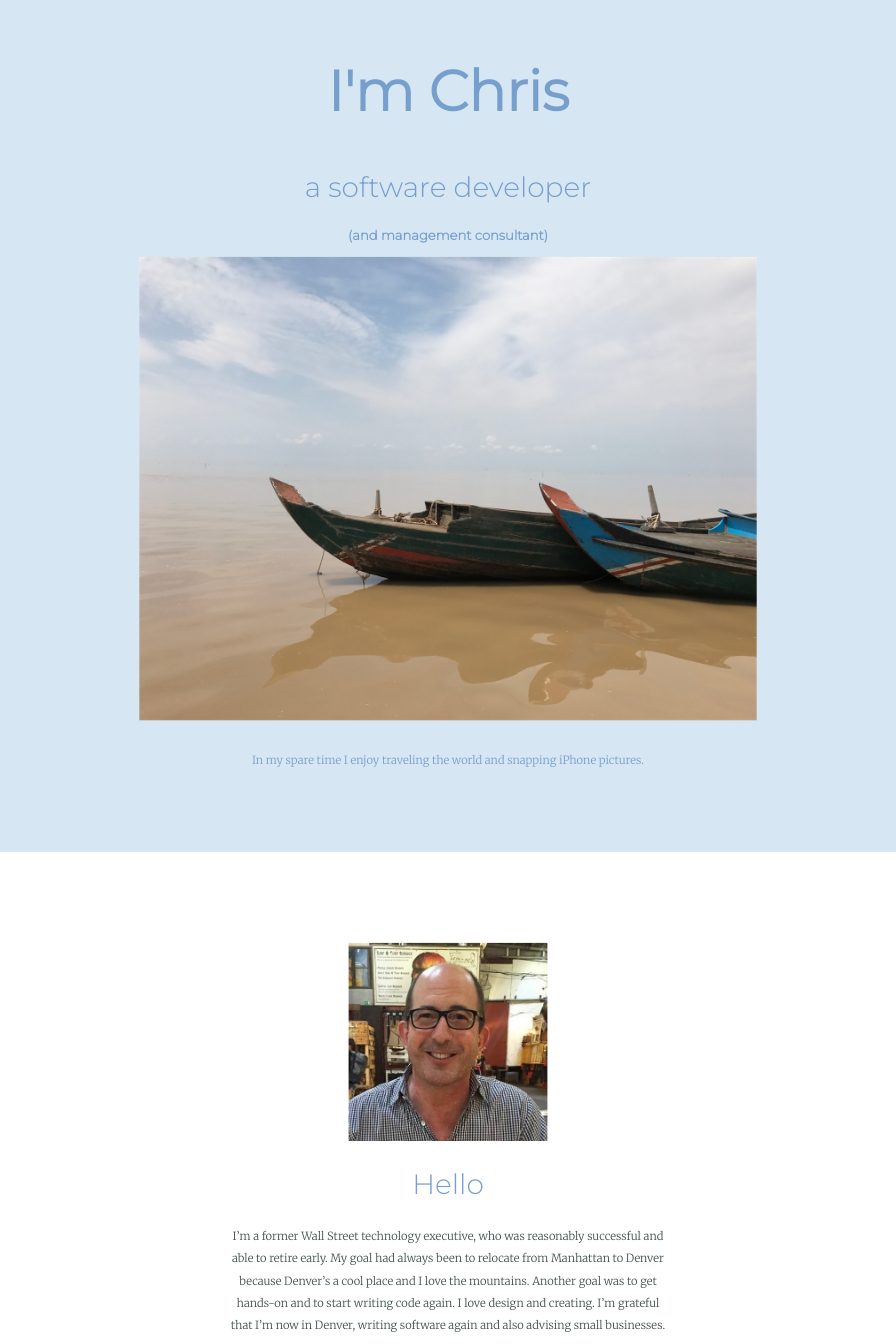
Repository: EpiTao-LLC/Personal_web_page
Page: index.html
An editor plug-in stored every save of this project. The page is shown before and after the next save, followed by the edit.
The browser window is 1280 px wide. The pictures show the part of the page from y = 0 to 1920 px (the page is 4055 px tall before and 4075 px after), at 70% of full size.

Above is the page before, as saved 2021-08-13 16:36:08.

### index.html
<!DOCTYPE html>
<html lang="en">
<head>
   <!-- Global site tag (gtag.js) - Google Analytics -->
      <!-- <script async src="https://www.googletagmanager.com/gtag/js?id=UA-167786271-2"></script>
      <script>
        window.dataLayer = window.dataLayer || [];
        function gtag(){dataLayer.push(arguments);}
        gtag('js', new Date());
        gtag('config', 'UA-167786271-2');
      </script> -->
    <!-- Google Tag Manager -->
        <!-- <script>(function(w,d,s,l,i){w[l]=w[l]||[];w[l].push({'gtm.start':
        new Date().getTime(),event:'gtm.js'});var f=d.getElementsByTagName(s)[0],
        j=d.createElement(s),dl=l!='dataLayer'?'&l='+l:'';j.async=true;j.src=
        'https://www.googletagmanager.com/gtm.js?id='+i+dl;f.parentNode.insertBefore(j,f);
        })(window,document,'script','dataLayer','GTM-PZ9SPFX');</script> -->
  <!-- End Google Tag Manager -->
    <meta charset="UTF-8">
    <meta name="viewport" content="width=device-width, initial-scale=1.0">
    <title>Chris - Software Developer and Development Management Consultant</title>
    <meta name="description" content="Website design and software development in React, Javascript, Python, Node JS, Express, EJS, MongoDB, SQL Server.  AWS and other cloud based solutions.  Contact information.">
    <meta name="keywords" content="Website design, coding, software development, software engineering, React, Javascript, Node, Express, HTML, CSS, EJS, Python, MongoDB, SQL Server, C programming, cloud, data analysis">


    <link rel="stylesheet" href="css/styles.css">
    <link href="https://fonts.googleapis.com/css2?family=Merriweather:wght@300&family=Montserrat:wght@300&family=Sacramento&display=swap" rel="stylesheet">
    <link rel="apple-touch-icon" sizes="180x180" href="favicon_package_v0.16/apple-touch-icon.png">
    <link rel="icon" type="image/png" sizes="32x32" href="favicon_package_v0.16/favicon-32x32.png">
    <link rel="icon" type="image/png" sizes="16x16" href="favicon_package_v0.16/favicon-16x16.png">
    <link rel="manifest" href="favicon_package_v0.16/site.webmanifest">
    <link rel="mask-icon" href="favicon_package_v0.16/safari-pinned-tab.svg" color="#5bbad5">
    <meta name="msapplication-TileColor" content="#da532c">
    <meta name="theme-color" content="#ffffff">
</head>
<body>
    <!-- Google Tag Manager (noscript) -->
      <noscript><iframe src="https://www.googletagmanager.com/ns.html?id=GTM-PZ9SPFX"
      height="0" width="0" style="display:none;visibility:hidden"></iframe></noscript>
    <!-- End Google Tag Manager (noscript) -->

    <div class = "top-container">
        <h1>I'm Chris</h1>
        <h2>a software developer</h2>
        <h3>(and management consultant)</h3>
        <img class="cover-img" src="images/Boats in Cambodia.jpeg" alt="Boats in Cambodia image">
        <p>In my spare time I enjoy traveling the world and snapping iPhone pictures.</p>
      </div>
    <div class="middle-container">
        <div class="profile">
          <br>
          <img class="my-img" src="images/Holiday_Denmark.jpeg"  alt="Chris Pic">
          <h2>Hello</h2>
          <p>
            I’m a former Wall Street technology executive, who was reasonably successful and able to retire early.  My
            goal had always been to relocate from Manhattan to Denver because Denver’s a cool place and I love the mountains.
            Another goal was to get hands-on and to start writing code again. I love design and creating.   I’m grateful
            that I’m now in Denver, writing software again and also advising small businesses.
            </p>
        </div>
        <hr>
        <div class="skills">
          <h2>My Skills</h2>
          <div class="skill-row">
            <img class="skills-img-1" src="images/Ecuador.JPEG" alt="Equador picture">
            <div >
            <h3 class="for-mobile">Design and Development</h3>
            <p> I started as a C developer in the database industry and understand what good design and code is all about.  On Wall Street I led development
              of mission critical financial systems for Goldman Sachs and other banks.  I’m now doing websites and other work with React, Javascript, Node,
              Mongoose, and MySQL.  Full stack. I’ve also done a lot with Python.  Back in the day, I was a top relational
              database designer and an SQL wizard.
            </p>
             </div>
          </div>
          <div class="skill-row">
            <img class="skills-img-2" src="images/Small_business_Columbia.JPEG" alt="Small business in Columbia picture">
            <h3 class="for-mobile">Small Business Advisor</h3>
            <p>As a way to give back, I volunteer my time to an organization funded by the Small Business Association.  Through it I assist
              small business owners and entrepreneurs to prepare business, marketing and finacial plans.  I provide technology recommendations,
              and provide mentoring to help them to achieve their dreams.
            </p>
          </div>
          <div class="skill-row">
            <img class="skills-img-3" src="images/People_pic_pune.JPEG" alt="Market in Pune, India picture">
            <h3 class="for-mobile">I Like People</h3>
            <p>Even more than I’m into writing code and learning new technologies, I really love working with people
              --clients and fellow developers.  Thoughout my career and personal life, I’ve sought consensus and understanding new perspectives.   In
              my mind, there is always something to learn from others.  As either a leader or a follower, it always feels
              good to be a member of a team.
            </p>
          </div>
        </div>
        <hr>
        <div class="contact-me">
          <h2>Get In Touch</h2>
          <h3>if you need some software development work (like a new website for your business),
             to partner on a project, or just to share some travel photos and stories.</h3>
          <p class="contact-message"> It would be great to connect.</p>
          <a class="btn" href="mailto:chris@epitao.com">CONTACT ME</a>
        </div>
      </div>
      <div class="bottom-container">
        <a class="footer-link" href="https://www.linkedin.com/in/christopheralarson//">LinkedIn</a>
        <a class="footer-link" href="https://www.facebook.com/chris.larson">Facebook</a>
        <!-- <a class="footer-link" href="/pages/portfolio.html">Portfolio</a> -->
        <a class="footer-link" href="https://github.com/EpiTao-LLC">GitHub</a>
        <p class="copyright"> copyright © 2020 EpiTao LLC <br><br>
        <img class="logo-img" src="images/EpiTao_logo.jpg" alt="EpiTao logo">
        </p>
      </div>
</body>
</html>

### css/styles.css
body {
    margin: 0;
    margin: auto;
    text-align: center;
    font-family: 'Merriweather', serif;
    font-weight: normal;
    color:  #40514E;
}
h1 {
    margin: 0px auto 0 auto;
    font-family: 'Montserrat', sans-serif;
    font-size: 5rem;
    line-height: 2.0;
    color: #769FCD;
}
h2 {
    font-family: 'Montserrat', sans-serif;
    font-size: 2.5rem;
    font-weight: normal;
    color: #769FCD
}
h3 {
    font-family: 'Montserrat', sans-serif;
    font-weight: 900;
    color: #769FCD
}
p {
    line-height: 2;
}
hr {
    border-color:  #d6e6f2;
    border-width: 5px;
    border-style: dotted none none;
    height: 0px;
    width: 4%;
    margin: 100 auto 100 auto;
}
.top-container {
    background-color: #d6e6f2;
    color: #769FCD;
    position: relative;
    padding-top: 50px;
    padding-bottom: 100px;
    padding-right: 10px;
    padding-left: 10px;
}
.middle-container {
    max-width: 2000px;
    padding-top: 10px;
    padding-bottom: 5px;
    padding-right: 10px;
    padding-left: 10px;
    margin: 50px auto 100px auto;

}
.bottom-container {
    margin-top: 100px;
    padding: 30px 0 50px;
    padding-right: 10px;
    padding-left: 10px;
    font-size: 10px;
    background-color: #769FCD;
    color: #f7fbfc  ;
}
.profile{
    width: 50%;
    margin: 50px auto 100px auto;
    text-align: center;
}
.skills {
    margin-top: 50px;
}
.skill-row {
    width: 50%;
    margin: 50px auto 100px auto;
    text-align: left;
}
.contact-me {
    margin-top: 50px;
    margin-left: 50px;
    margin-right: 50px;

}
.contact-message {
    width: 60%;
    margin: 40px auto 60px;
}
.footer-link {
    font-size: 20px
}
.copyright {
    color: #b9d7ea;
    font-size: 0.5rem;
    padding: 20px 0;
}

.btn {
    background: #769FCD;
    background-image: -webkit-linear-gradient(top, #769FCD, #7A95C3);
    background-image: -moz-linear-gradient(top, #769FCD, #7A95C3);
    background-image: -ms-linear-gradient(top, #769FCD, #7A95C3);
    background-image: -o-linear-gradient(top, #769FCD, #7A95C3);
    background-image: linear-gradient(to bottom, #769FCD, #7A95C3);
    -webkit-border-radius: 8px;
    -moz-border-radius: 8px;
    border-radius: 8px;
    color: #FFFFFF;
    font-family: 'Montserrat', sans-serif;
    font-size: 14px;
    font-weight: 100;
    padding: 8px;
    border: solid #337FED 1px;
    text-decoration: none;
    display: inline-block;
    cursor: pointer;
    text-align: center;
}

.btn:hover {
    border: solid #337FED 1px;
    background: #7A95C3;
    background-image: -webkit-linear-gradient(top, #7A95C3, #769FCD);
    background-image: -moz-linear-gradient(top, #7A95C3, #769FCD);
    background-image: -ms-linear-gradient(top, #7A95C3, #769FCD);
    background-image: -o-linear-gradient(top, #7A95C3, #769FCD);
    background-image: linear-gradient(to bottom, #7A95C3, #769FCD);
    -webkit-border-radius: 7px;
    -moz-border-radius: 7px;
    border-radius: 7px;
    text-decoration: none;
}

a:link {
    font-family: 'Montserrat', sans-serif;
    text-decoration: none;
    color: #b9d7ea;
    margin: 10px 20px;

}
a:visited {
    color: #b9d7ea
}
a:hover{
    color: #f7fbfc
}
.cover-img {
    width: 70%;
    height: 70%;
    margin-bottom: 20px;
}
.profile{
    width: 50%;
    margin: 50px auto 100px auto;
    text-align: center;
}

.my-img {
    width: 45%;
    height: 45%;
    float: fit-content;
}

.skills-img-1 {
    width: 45%;
    height: 45%;
    float: left;
    margin-right: 30px;
}
.skills-img-2 {
    width: 45%;
    height: 45%;
    float: right;
    margin-left: 30px;
}
.skills-img-3 {
    width: 45%;
    height: 45%;
    float: left;
    margin-right: 30px;
}
/* .input-button:focus {
    outline: 0;
} */
/* *:focus {
    outline: 0 !important;
} */
.input-button {
    display: block;
    border: none;
    background-color: transparent;
    outline: none;
    margin: 0;
    border: none;
    color: none;
    height: 0%;
    width: 0%;
}
.button-img-1:hover {
    transform: scale(1.10);
}
.button-img-1 {
    width: 70%;
    height: 70%;
    float: left;
    margin-right: -30%;
    outline: 0;
}
.button-img-2:hover {
    transform: scale(1.10);
}
.button-img-2 {
    width: 70%;
    height: 70%;
    float: right;
    margin-left: -30%;
    outline: none;
}
.logo-img {
    width: 2.0%;
    height: 2.0%;
}

  /* Mobile Styling */

  @media (max-width: 780px) {
    h1 {
        margin: 0px auto 0 auto;
        font-family: 'Montserrat', sans-serif;
        font-size: 2.0rem;
        line-height: 1.25;
        color: #769FCD;
    }
    h2 {
        font-family: 'Montserrat', sans-serif;
        font-size: 1.5rem;
        font-weight: normal;
        color: #769FCD
    }
    h3 {
        font-size: 1.2rem;
        margin-left: 20px;
        margin-right: 20px;
    }
    .profile{
        width: 80%;
        margin: 50px auto 10px auto;
        text-align: center;
        padding-bottom: 10%;
    }
    .skills {
        margin-top: 20px;
    }
    .top-container {
        position: relative;
        padding-left: 8%;
        padding-right: 8%;
        padding-bottom: 20%;
        margin-bottom: 20px;

    }

    .middle-container {
        text-align: center;
        position: relative;
        margin-top: 20px;
        margin-bottom: 50px;

    }
    .skills {
        align-content: center;
    }
    .skill-row {
        display: block;
        width: 80%;
        margin: 50px auto 50px auto;
        text-align: center;
    }
    .for-mobile {
        display: inline-flex;
        content: '\a\a';
        white-space: pre;
    }
    .my-img {
        width: 90%;
        height: 90%
    }
    .skills-img-1, .skills-img-2, .skills-img-3, .cover-img{

        width: 100%;
        height: 100%;
        padding: 0;
        float: fit-content;
        margin-left: 0px;
        margin-right: 0px;
        margin-bottom: 1rem;
    }
    .skills-img-1:after, .skills-img-2:after, .skills-img3:after{
        display: inline-flex;
        content: '\a\a';
        white-space: pre;
    }
    .button-img-1, .button-img-2, .cover-img{
        width: 100%;
        height: 100%;
        padding: 0;
        float: fit-content;
        margin-left: 0px;
        margin-right: 0px;
        margin-bottom: 1rem;
    }
    .contact-me {
        margin-top: 50px;
        margin-left: 15px;
        margin-right: 15px;
        margin-bottom: 0px;
    }
    .contact-message {
        width: 80%;
        margin: 40px auto 60px;
    }

    .bottom-container {
        text-align: center;
        margin-top: 0px;
        padding: 15% 0 50px;
        font-size: 10px;
        background-color: #769FCD;
        color: #f7fbfc  ;
    }
    .logo-img {
        width: 5%;
        height: 5%;
    }
}
@media (hover: hover) {
    button:hover {
        outline:0;
    }
}

After the next save:
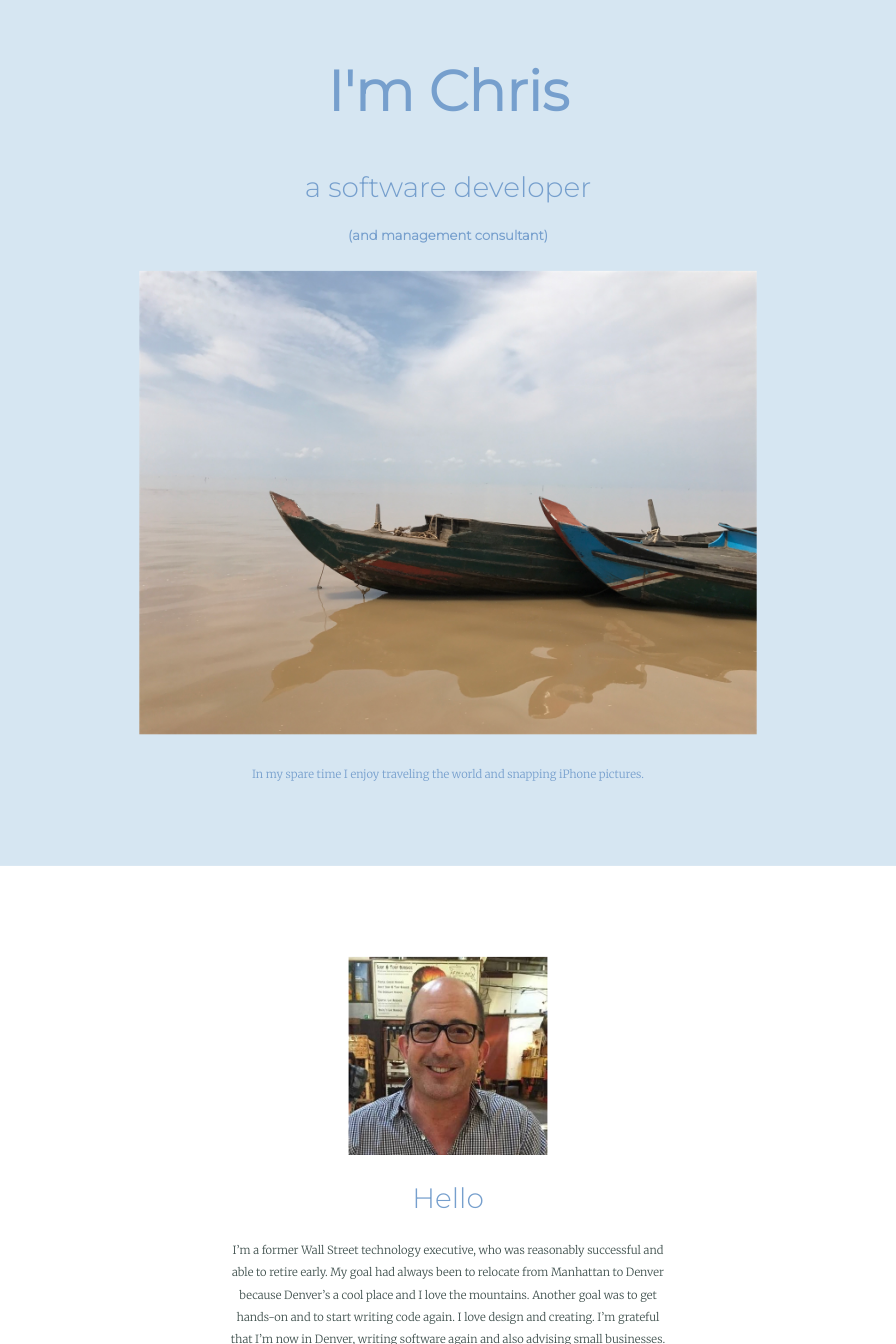
Saved 17 min 32 s later.
--- a/index.html
+++ b/index.html
@@ -42,7 +42,7 @@
     <div class = "top-container">
         <h1>I'm Chris</h1>
         <h2>a software developer</h2>
-        <h3>(and management consultant)</h3>
+        <h3>(and management consultant)</h3><br>
         <img class="cover-img" src="images/Boats in Cambodia.jpeg" alt="Boats in Cambodia image">
         <p>In my spare time I enjoy traveling the world and snapping iPhone pictures.</p>
       </div>
